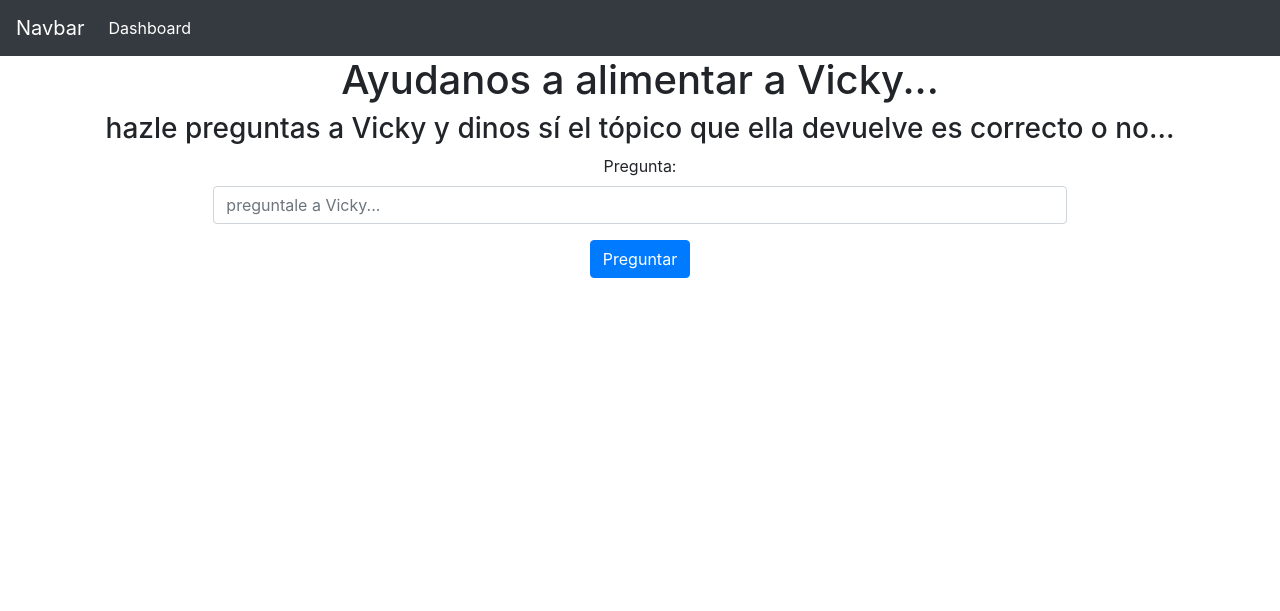
Repository: Crixtiancub/feedback_Vicky
Page: vicky/templates/dashboard.html
The author's editor kept a copy of each file at every save. The page is drawn from the files as they stood at one save, then again after the next save.
The browser window is 1280 px wide. The pictures show the whole page.
The page is served by the project's application, run on Django 3.2 (manage.py). Other server files are loaded and not shown. The template is opened directly, without the code that normally fills it, so the values that code supplies are empty.

Above is the page before, as saved 2021-05-10 16:48:39.

### vicky/templates/dashboard.html
{% extends 'main.html' %}

{% block content %}

<center>
    <h1>Ayudanos a alimentar a Vicky...</h1>

    <h3>hazle {{ num_visits }} {%if num_visits == 1%} pregunta{% else %}
        preguntas{% endif %}  a Vicky y dinos sí el tópico que ella
        devuelve es correcto o no...</h3>

    <form id="preguntar_Vicky" @submit="checkForm" method="POST">
        {% csrf_token%}

        <div class="form-group">
            <label for="txt_pregunta_Vicky">Pregunta:</label><br>

            <input type="text" id="txt_pregunta_Vicky"
            name="pregunta_Vicky" v-model="pregunta" class="col-sm-8 form-control"
            placeholder="preguntale a Vicky..." >
        </div>

        <p v-if="errors.length">
            <b>Por favor, corrija el(los) siguiente(s) error(es):</b>
            <ul>
              <li v-for="error in errors">{{ error }}</li>
            </ul>
        </p>

        <input type="submit" id="preguntar" class="btn btn-primary" value="Preguntar">
    </form>

    <br>

    <div id="target" style="display: none;">
        <form method="POST">
            {% csrf_token%}

            <h3>Su pregunta para Vicky fue...</h3>
            <input type="text" aling="center" class="col-sm-8" readonly name="retorno_Pregunta" value="{{ pregunta }}" >
            <br>
            <br>

            <h3>La respuesta Vicky es...</h3>
            <input type="text" aling="center" class="col-sm-8" readonly name="retorno_Respuesta" value="{{ respuesta }}">
            <br>

            <h3>Vicky contesto correctamente ?</h3>
            <br>

            <input type="submit" class="col-sm-2 btn btn-primary" id="responder_Si" value="Si" name="Si" >
            <input type="submit" class="col-sm-2 btn btn-warning" id="responder_No" value="No" name="No" >
        </form>
    </div>

</center>

<script>

    // window.onbeforeunload = function(event) {
    //     event.preventDefault();
    //     return false;
    // }

    const app = new Vue({
        el: '#preguntar_Vicky',
        data: {
            errors: [],
            pregunta: null,
        },
        methods:{
            checkForm: function (e) {

                if (this.pregunta) {
                    $('#target').show(); //muestro mediante id
                    return true;
                }

                this.errors = [];

                if (!this.pregunta) {
                    this.errors.push('Por favor, realice una pregunta.');
                }

                e.preventDefault();
            }
        }
    })

	// $(document).ready(function(){
	// 	$("#responder_Si").on( "click", function() {
	// 		$('#target').hide(); //oculto mediante id
	// 	});
    //     $("#responder_No").on( "click", function() {
	// 		$('#target').hide(); //oculto mediante id
	// 	});
	// });

</script>

{% endblock %}

### vicky/templates/main.html
<!DOCTYPE html>
 <!-- Latest compiled and minified CSS -->
 <link rel="stylesheet" href="https://maxcdn.bootstrapcdn.com/bootstrap/4.5.2/css/bootstrap.min.css">

 <!-- jQuery library -->
 <script src="https://ajax.googleapis.com/ajax/libs/jquery/3.5.1/jquery.min.js"></script>

 <!-- Popper JS -->
 <script src="https://cdnjs.cloudflare.com/ajax/libs/popper.js/1.16.0/umd/popper.min.js"></script>

 <!-- Latest compiled JavaScript -->
 <script src="https://maxcdn.bootstrapcdn.com/bootstrap/4.5.2/js/bootstrap.min.js"></script>

<!-- versión de desarrollo, incluye advertencias de ayuda en la consola -->
<script src="https://unpkg.com/vue"></script>

<html>
    <head>
        <title>
            Prueba1
        </title>
    </head>
    <body>
        {% include 'navbar.html' %}

        {% block content %}

        {% endblock %}
    </body>
</html>

### vicky/templates/navbar.html
 <nav class="navbar navbar-expand-lg navbar-dark bg-dark">
    <a class="navbar-brand" href="#">Navbar</a>
    <button class="navbar-toggler" type="button" data-toggle="collapse" data-target="#navbarSupportedContent" aria-controls="navbarSupportedContent" aria-expanded="false" aria-label="Toggle navigation">
      <span class="navbar-toggler-icon"></span>
    </button>

    <div class="collapse navbar-collapse" id="navbarSupportedContent">
      <ul class="navbar-nav mr-auto">
        <li class="nav-item active">
          <a class="nav-link" href="{% url 'home' %}" disabled="true">Dashboard</a>
        </li>
        <!-- <li class="nav-item dropdown">
          <a class="nav-link dropdown-toggle" href="#" id="navbarDropdown" role="button" data-toggle="dropdown" aria-haspopup="true" aria-expanded="false">
            Dropdown
          </a>
          <div class="dropdown-menu" aria-labelledby="navbarDropdown">
            <a class="dropdown-item" href="#">Action</a>
            <a class="dropdown-item" href="#">Another action</a>
            <div class="dropdown-divider"></div>
            <a class="dropdown-item" href="#">Something else here</a>
          </div>
        </li>
        <li class="nav-item">
          <a class="nav-link disabled" href="#">Disabled</a>
        </li>
      </ul>
      <form class="form-inline my-2 my-lg-0">
        <input class="form-control mr-sm-2" type="search" placeholder="Search" aria-label="Search">
        <button class="btn btn-outline-success my-2 my-sm-0" type="submit">Search</button>
      </form> -->
    </div>
  </nav>

### prueba_Vicky/urls.py
"""prueba_Vicky URL Configuration

The `urlpatterns` list routes URLs to views. For more information please see:
    https://docs.djangoproject.com/en/3.2/topics/http/urls/
Examples:
Function views
    1. Add an import:  from my_app import views
    2. Add a URL to urlpatterns:  path('', views.home, name='home')
Class-based views
    1. Add an import:  from other_app.views import Home
    2. Add a URL to urlpatterns:  path('', Home.as_view(), name='home')
Including another URLconf
    1. Import the include() function: from django.urls import include, path
    2. Add a URL to urlpatterns:  path('blog/', include('blog.urls'))
"""
from django.contrib import admin
from django.urls import path, include

urlpatterns = [
    path('admin/', admin.site.urls),
    path('', include('vicky.urls'))
]

### vicky/urls.py
from django.urls import path
from . import views


# Direccionamiento de las paginas
urlpatterns = [
    path(r'', views.home, name='home'),
    path(r'noVisitas/', views.noVisitas, name="noVisitas"),
    path(r'respuesta_Vicky/', views.respuesta_Vicky, name='respuesta_Vicky')
]

After the next save:
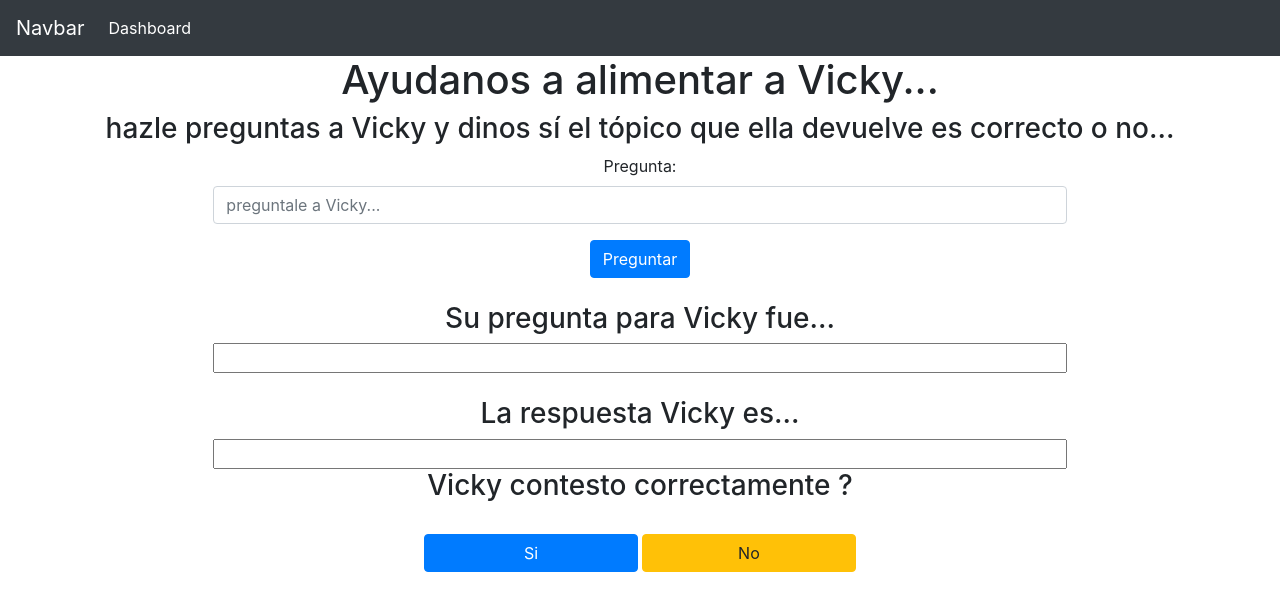
Saved 15 min 13 s later.
--- a/vicky/templates/dashboard.html
+++ b/vicky/templates/dashboard.html
@@ -32,7 +32,7 @@
 
     <br>
 
-    <div id="target" style="display: none;">
+    <div id="target" v-if="checkForm">
         <form method="POST">
             {% csrf_token%}
 

After the 3 saves that followed:
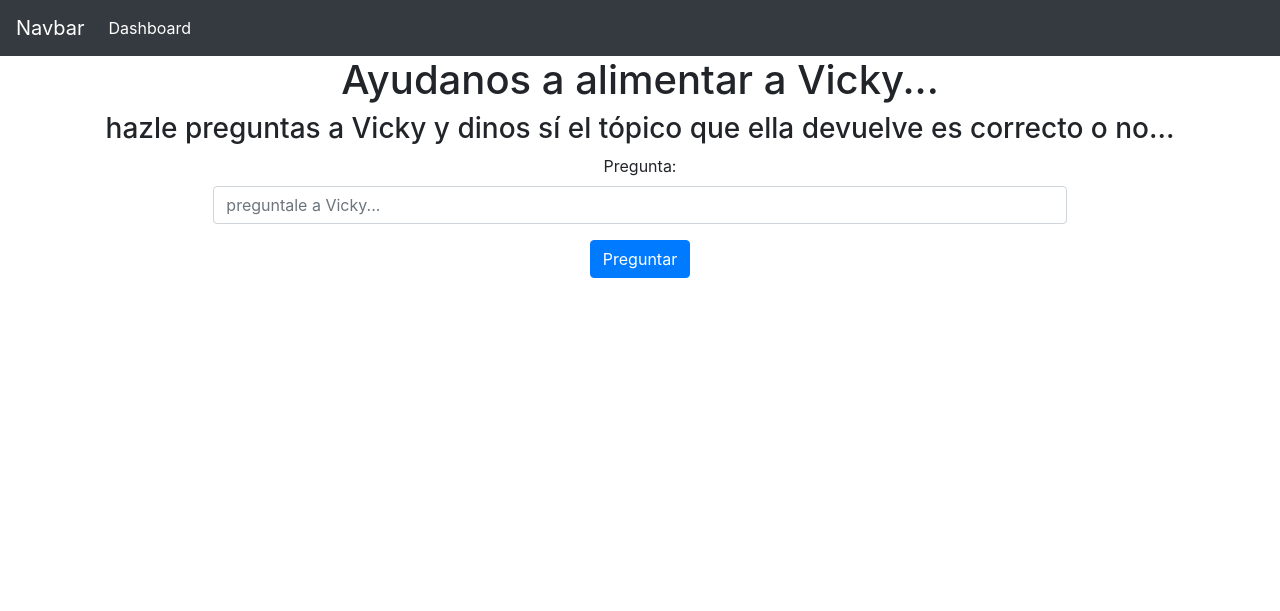
The 3 saves are shown as one change because 2 left the picture as it was.
The last was saved 6 min 3 s later.
--- a/vicky/templates/dashboard.html
+++ b/vicky/templates/dashboard.html
@@ -9,7 +9,7 @@
         preguntas{% endif %}  a Vicky y dinos sí el tópico que ella
         devuelve es correcto o no...</h3>
 
-    <form id="preguntar_Vicky" @submit="checkForm" method="POST">
+    <form id="preguntar_Vicky" method="POST">
         {% csrf_token%}
 
         <div class="form-group">
@@ -17,22 +17,22 @@
 
             <input type="text" id="txt_pregunta_Vicky"
             name="pregunta_Vicky" v-model="pregunta" class="col-sm-8 form-control"
-            placeholder="preguntale a Vicky..." >
+            placeholder="preguntale a Vicky..." required>
         </div>
 
-        <p v-if="errors.length">
+        <!-- <p v-if="errors.length">
             <b>Por favor, corrija el(los) siguiente(s) error(es):</b>
             <ul>
               <li v-for="error in errors">{{ error }}</li>
             </ul>
-        </p>
+        </p> -->
 
         <input type="submit" id="preguntar" class="btn btn-primary" value="Preguntar">
     </form>
 
     <br>
 
-    <div id="target" v-if="checkForm">
+    <!-- <div id="target" v-if="checkForm">
         <form method="POST">
             {% csrf_token%}
 
@@ -51,11 +51,11 @@
             <input type="submit" class="col-sm-2 btn btn-primary" id="responder_Si" value="Si" name="Si" >
             <input type="submit" class="col-sm-2 btn btn-warning" id="responder_No" value="No" name="No" >
         </form>
-    </div>
+    </div> -->
 
 </center>
 
-<script>
+<!-- <script>
 
     // window.onbeforeunload = function(event) {
     //     event.preventDefault();
@@ -67,12 +67,12 @@
         data: {
             errors: [],
             pregunta: null,
+            view: null
         },
         methods:{
             checkForm: function (e) {
 
                 if (this.pregunta) {
-                    $('#target').show(); //muestro mediante id
                     return true;
                 }
 
@@ -80,6 +80,7 @@
 
                 if (!this.pregunta) {
                     this.errors.push('Por favor, realice una pregunta.');
+                    return false
                 }
 
                 e.preventDefault();
@@ -96,6 +97,6 @@
 	// 	});
 	// });
 
-</script>
+</script> -->
 
 {% endblock %}
